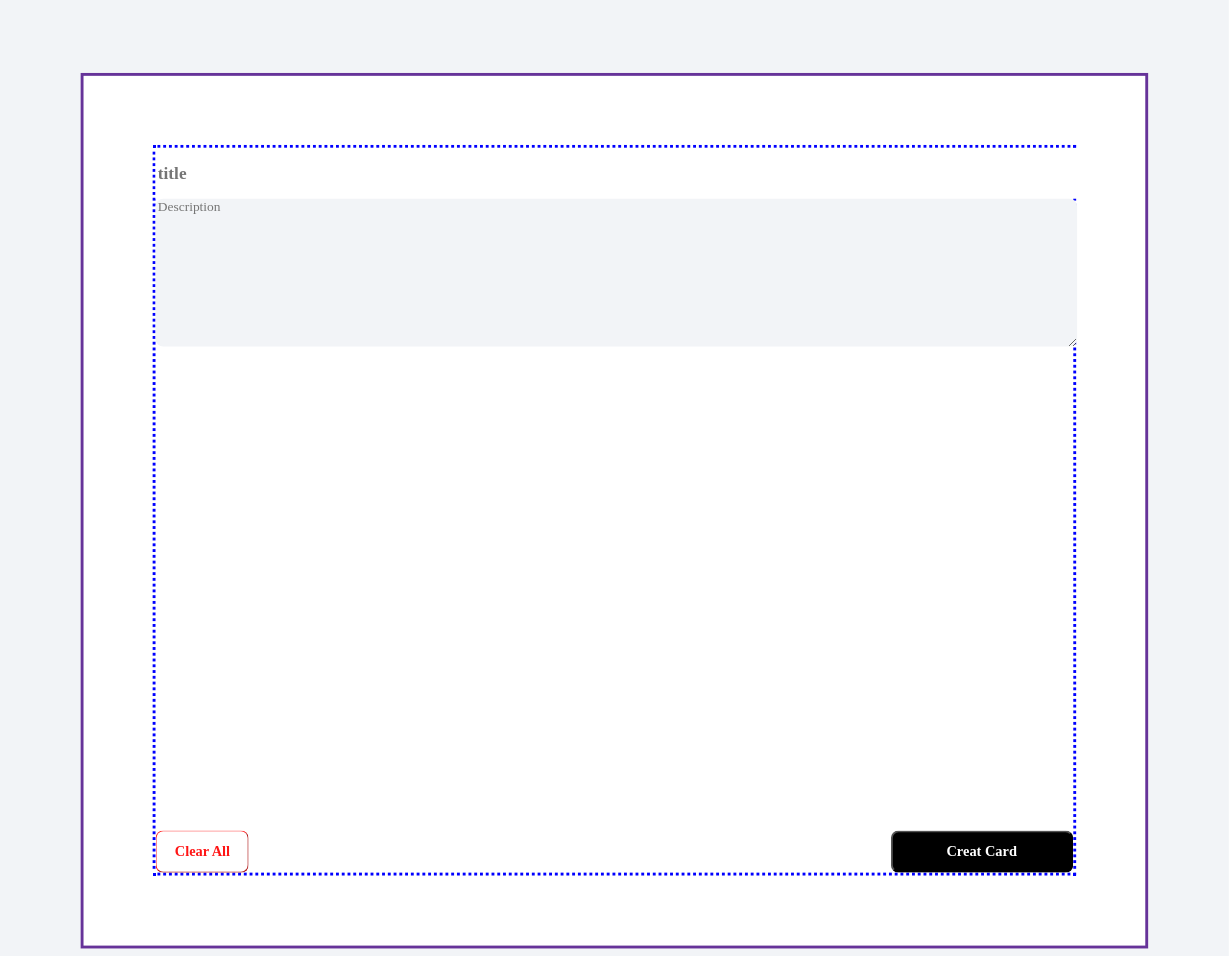
Repository: ReyhanehRahmani/TO-DO
Page: index.html
An editor plug-in stored every save of this project. The page is shown before and after the next save, followed by the edit.
The browser window is 1280 px wide. The pictures show the whole page, at 96% of full size.

Above is the page before, as saved 2025-06-07 22:49:51.

### index.html
<!DOCTYPE html>

<html lang="en">

    <head>

        <meta name="viewport" content="width=device-width, initial-scale=1.0" />

        <title>TO-DO</title>

        <link rel="icon" type="image/jpg" href="favicon.png">

        <link rel="stylesheet" href="style.css">

    </head>
    <body>
        <div id="main-card">
            <div id="content">
                <div >
                <div id="title">
                    <input type="text" id="titlebox" minlength="3" maxlength="30" placeholder="title">
                </div>
                <div id="description">
                    <textarea type="text" id="descriptionbox" maxlength="200" placeholder="Description"></textarea>
                </div>
                </div>

                <div id="buttons">
                    <div id="clear"><button id="clearbut">Clear All</button></div>
                    <div id="creat"><button id="creatbut">Creat Card</button></div>
                </div>
            </div>
        </div>
    </body>

### style.css
body{
    background-color: #F2F4F7;
}



#main-card{
    margin-left: 6%;
    margin-right: 6%;
    margin-top: 6%;
    background-color: #FFFFFF;
    border: solid rebeccapurple;
}

#content{
    margin-right: 6.557377049%;
    margin-left: 6.557377049%;
    margin-top: 6.557377049%;
    margin-bottom: 6.557377049%;
    border: dotted blue;
}

#titlebox{
    font-family: Poppins;
    font-weight: 700;
    font-size: 18px;
    line-height: 150%;
    letter-spacing: -2%;
    border: none;
    width: 100%;
    height: 51px;
}

#descriptionbox{
    border: none;
    width: 100%;
    font-family: 'Poppins';
    font-weight: 500;
    font-size: 14px;
    line-height: 100%;
    letter-spacing: -3%;
    height: 150px;
    border-radius: 8px;
    background: #F2F4F7;

}

#content{
    display: flex;
    flex-direction: column;
    justify-content: space-between;
    gap: 500px;
}

#buttons{
    display: flex;
    justify-content: space-between;
    gap: 12px;


}

#clear{
    text-align: center;
    justify-content: center;
}

#clearbut{
    height: 44px;
    border-radius: 8px;
    border-width: 1.4px;
    border-color: #FF1616;
    background-color: #FFFFFF;
    font-family: 'Poppins';
    font-weight: 700;
    font-size: 15px;
    line-height: 100%;
    letter-spacing: -3%;
    color: #FF1616;
    white-space: nowrap;
    width: 97px;

}

#creat{
    text-align: center;
    justify-content: center;
}

#creatbut{
    height: 44px;
    border-radius: 8px;
    background: #000000;
    font-family: 'Poppins';
    font-weight: 600;
    font-size: 15px;
    line-height: 100%;
    letter-spacing: -3%;
    color: #FFFFFF;
    width: 190px;

}

After the next save:
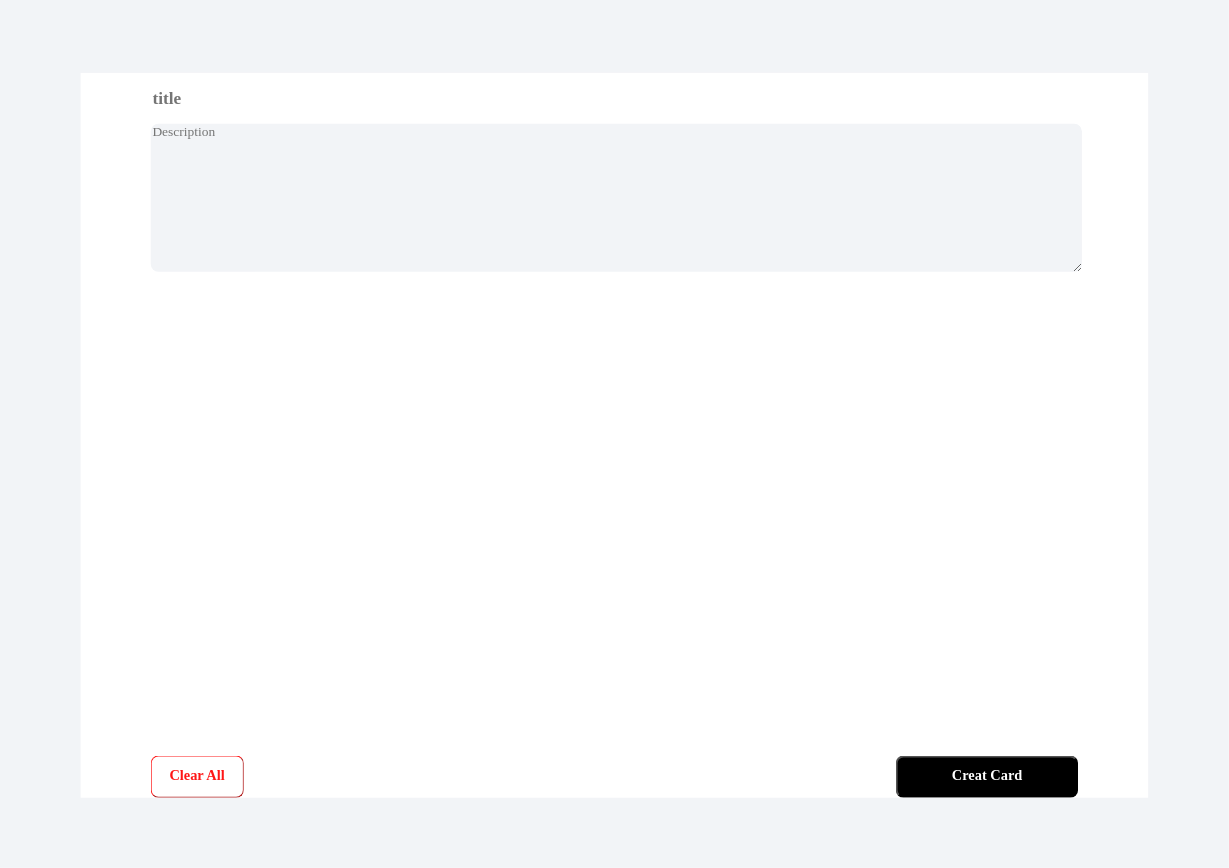
Saved 61 s later.
--- a/style.css
+++ b/style.css
@@ -9,7 +9,6 @@ body{
     margin-right: 6%;
     margin-top: 6%;
     background-color: #FFFFFF;
-    border: solid rebeccapurple;
 }
 
 #content{
@@ -17,7 +16,6 @@ body{
     margin-left: 6.557377049%;
     margin-top: 6.557377049%;
     margin-bottom: 6.557377049%;
-    border: dotted blue;
 }
 
 #titlebox{
